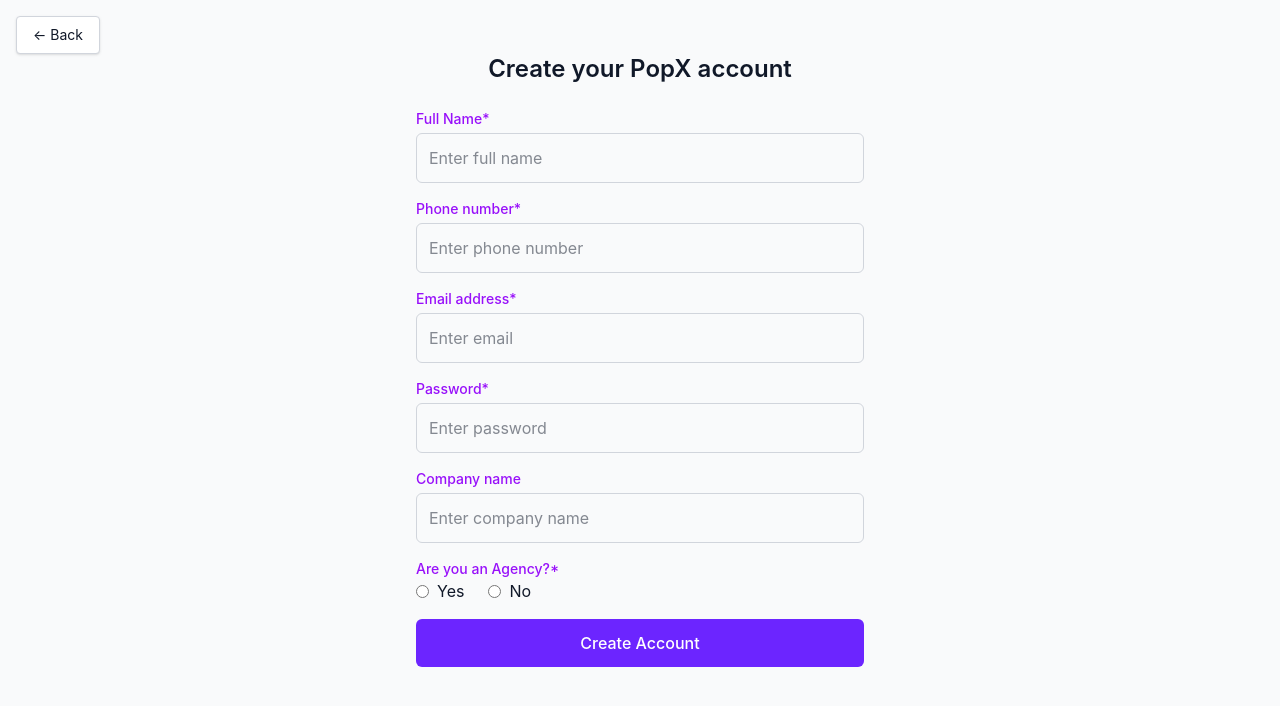
Repository: tanayburbure/inter
Page: /signup
These files come from the project's save history. The page is drawn as it stood at one moment and after the next save; the edit follows.
The browser window is 1280 px wide. The pictures show the whole page.
The project was rebuilt for these pictures with package versions that can differ from the ones it lists, and the page was loaded fresh each time. Also part of the build but not shown: vite.config.js, src/pages/Welcome.jsx, src/pages/Login.jsx, src/pages/Account.jsx.

Above is the page before, as saved 2025-06-17 22:42:39.

After the next save:
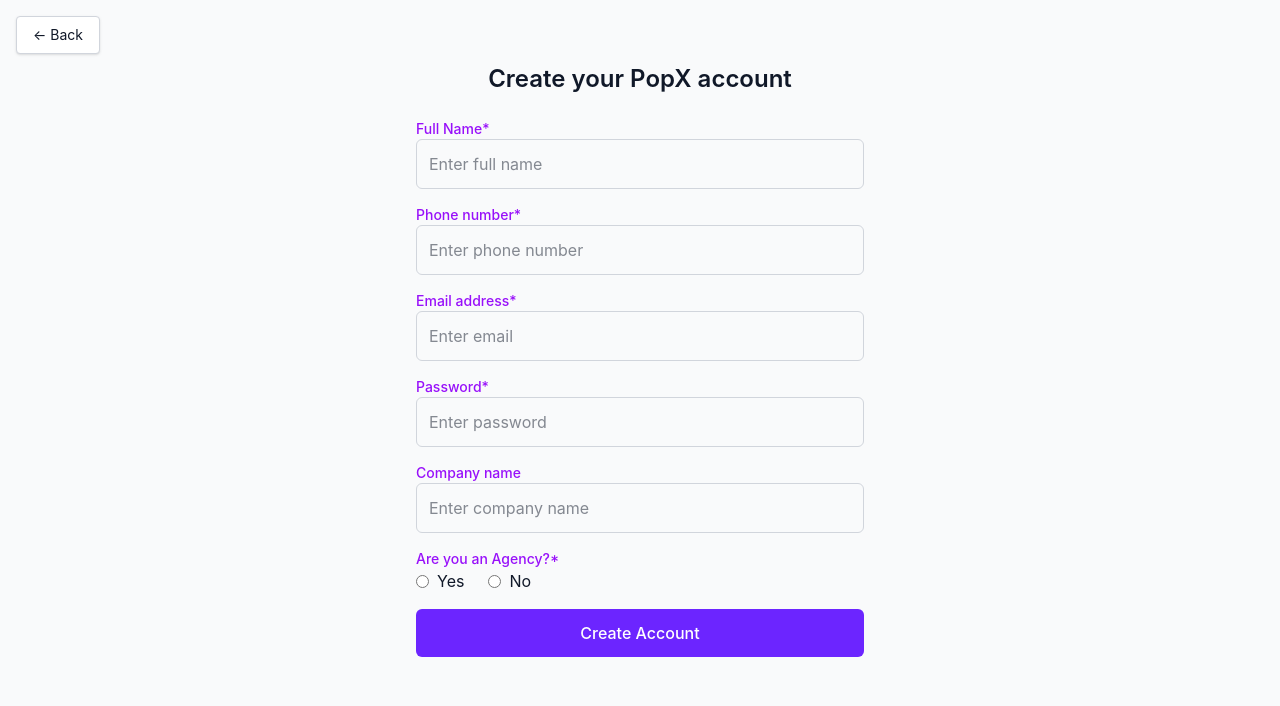
Saved 12 s later.
--- a/src/pages/Signup.jsx
+++ b/src/pages/Signup.jsx
@@ -30,7 +30,7 @@
         </h2>
         <form className="space-y-4" onSubmit={handleSubmit}>
           <div>
-            <label className="text-sm text-purple-600 font-medium block mb-1">
+            <label className="text-sm text-purple-600 font-medium block ">
               Full Name*
             </label>
             <input
@@ -42,7 +42,7 @@
             />
           </div>
           <div>
-            <label className="text-sm text-purple-600 font-medium block mb-1">
+            <label className="text-sm text-purple-600 font-medium block ">
               Phone number*
             </label>
             <input
@@ -54,7 +54,7 @@
             />
           </div>
           <div>
-            <label className="text-sm text-purple-600 font-medium block mb-1">
+            <label className="text-sm text-purple-600 font-medium block ">
               Email address*
             </label>
             <input
@@ -66,7 +66,7 @@
             />
           </div>
           <div>
-            <label className="text-sm text-purple-600 font-medium block mb-1">
+            <label className="text-sm text-purple-600 font-medium block ">
               Password*
             </label>
             <input
@@ -78,7 +78,7 @@
             />
           </div>
           <div>
-            <label className="text-sm text-purple-600 font-medium block mb-1">
+            <label className="text-sm text-purple-600 font-medium block ">
               Company name
             </label>
             <input
